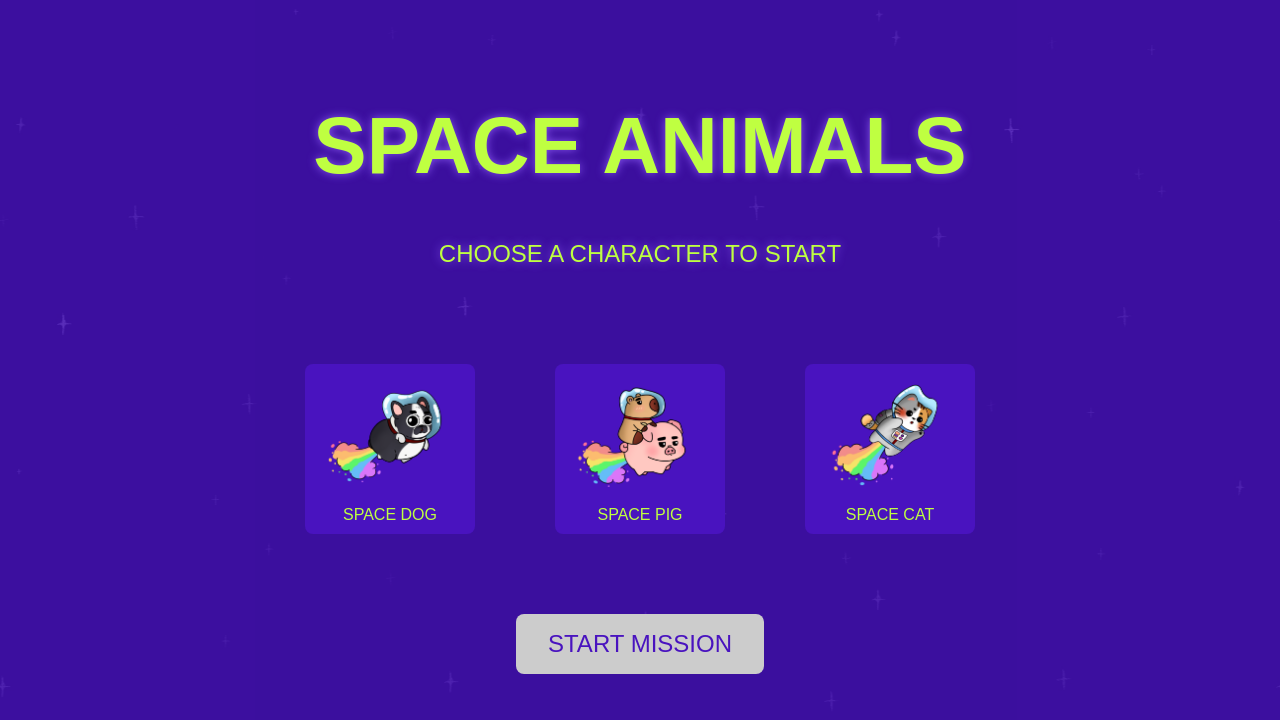
Repository: brunaguarizo/SpaceFarm
Page: index.html
These files come from the project's save history. The page is drawn as it stood at one moment and after the next save; the edit follows.
The browser window is 1280 px wide. The pictures show the whole page.
Some web fonts or font styles are not loaded; a fallback is used.

Above is the page before, as saved 2025-05-01 12:51:14.

After the next save:
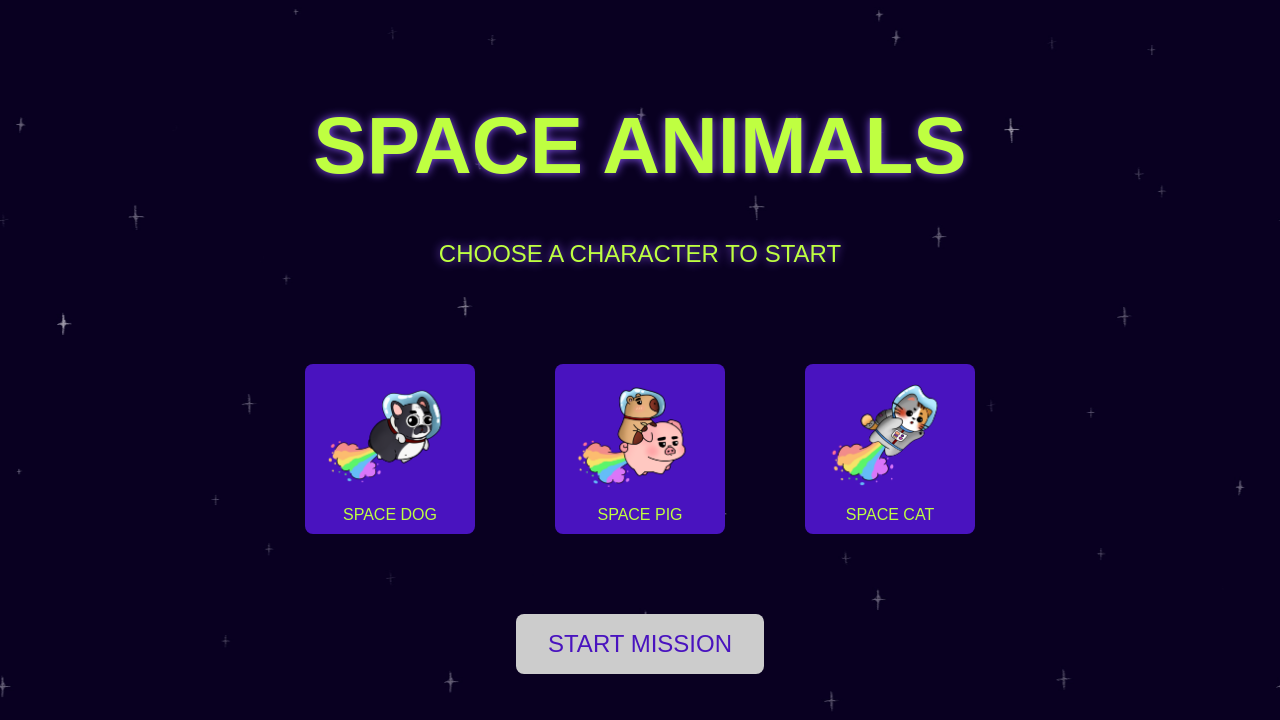
Saved 20 h 44 min later.
--- a/styles.css
+++ b/styles.css
@@ -116,7 +116,6 @@ body {
     justify-content: center;
     align-items: center;
     z-index: 10;
-    background-color: rgba(73, 19, 191, 0.8);
 }
 
 h1 {
@@ -235,13 +234,22 @@ h1 {
     object-fit: contain;
 }
 
+@keyframes spin {
+    from {
+        transform: rotate(0deg);
+    }
+    to {
+        transform: rotate(360deg);
+    }
+}
+
 .asteroid {
     position: absolute;
     width: 100px;
     height: 100px;
     border-radius: 50%;
     overflow: hidden;
-    box-shadow: 0 0 15px var(--light-purple);
+    animation: spin 3s linear infinite; /* gira continuamente */
 }
 
 .asteroid img {
